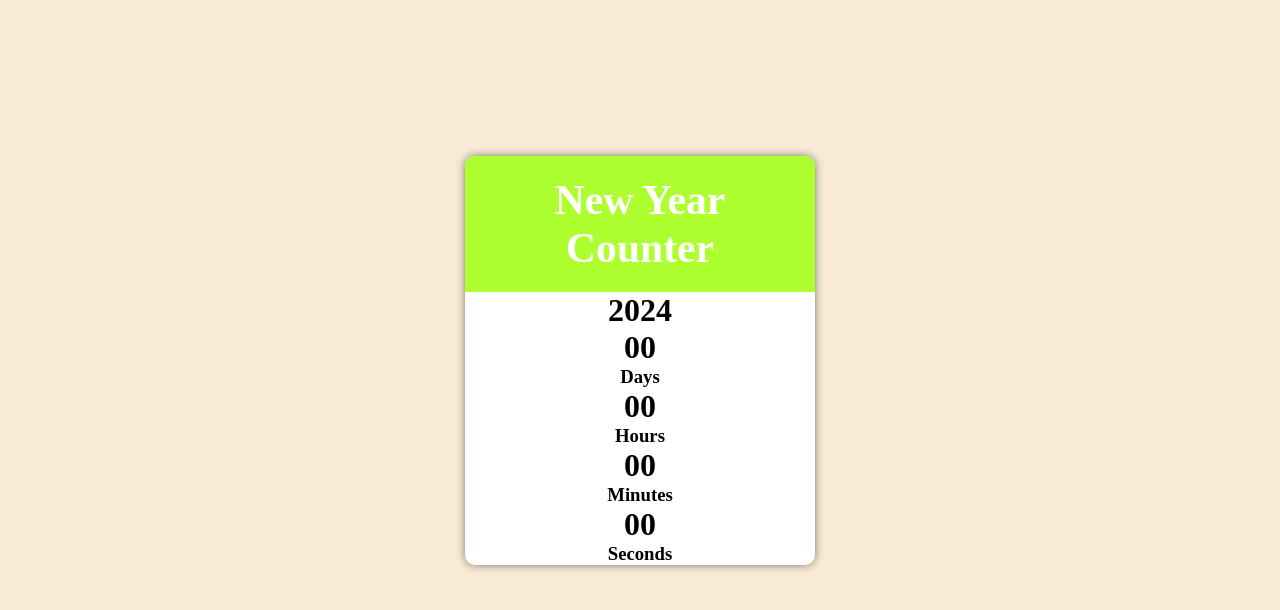
Repository: JunaidAnsari202/New-Year-counter
Page: index.html
These files come from the project's save history. The page is drawn as it stood at one moment and after a run of saves; the edit follows.
The browser window is 1280 px wide. The pictures show the whole page.

Above is the page before, as saved 2024-11-13 15:25:11.
Console error: SyntaxError: Unexpected end of input

### index.html
<!DOCTYPE html>
<html lang="en">
<head>
    <meta charset="UTF-8">
    <meta name="viewport" content="width=device-width, initial-scale=1.0">
    <title>New Year Counter</title>
    <link rel="stylesheet" href="style.css">

</head>
<body>
    <div class="container">
        <div class="header">
            <h1>New Year Counter</h1>
        </div>
        <div class="next-year">
            <h1 id="next-year">2024</h1>
        </div>

        <div class="counter">
           <div class="days">
            <h1 id="days">00</h1>
            <h3>Days</h3>
           </div>

           <div class="hours">
            <h1 id="hours">00</h1>
            <h3>Hours</h3>
           </div>

           <div class="minutes">
            <h1 id="minutes">00</h1>
            <h3>Minutes</h3>
           </div>

           <div class="seconds">
            <h1 id="seconds">00</h1>
            <h3>Seconds</h3>
           </div>
        </div>
    </div>

    <script src="script.js"></script>
</body>
</html>

### style.css
*{
    margin: 0;
    padding: 0;
    box-sizing: border-box;
}

body{
    background-color: antiquewhite;
    display: flex;
    justify-content: center;
    align-items: center;
    height: 100vh;
}

.container{
    background-color: white;
    width: 350px;
    border-radius: 10px;
    text-align: center;
    box-shadow:0 0 10px 0 rgba(0 , 0, 0, 0.5) ;
}

.header{
    background-color: greenyellow;
    padding: 20px;
    border-top-left-radius: 10px;
    border-top-right-radius: 10px;
    color: white;
    font-size: 1.3rem;
}

Loaded but not shown: script.js (common file)

After the next 3 saves:
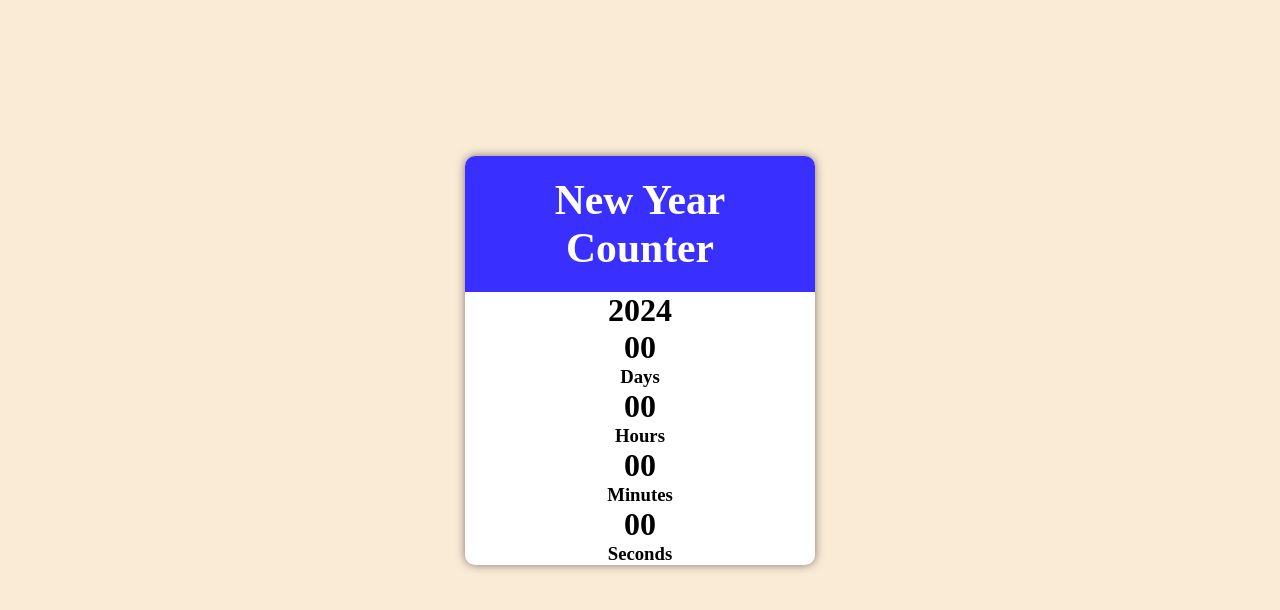
The 3 saves are shown as one change because they came seconds apart.
The last was saved 32 s later.
--- a/style.css
+++ b/style.css
@@ -21,7 +21,7 @@ body{
 }
 
 .header{
-    background-color: greenyellow;
+    background-color: rgb(57, 47, 255);
     padding: 20px;
     border-top-left-radius: 10px;
     border-top-right-radius: 10px;
